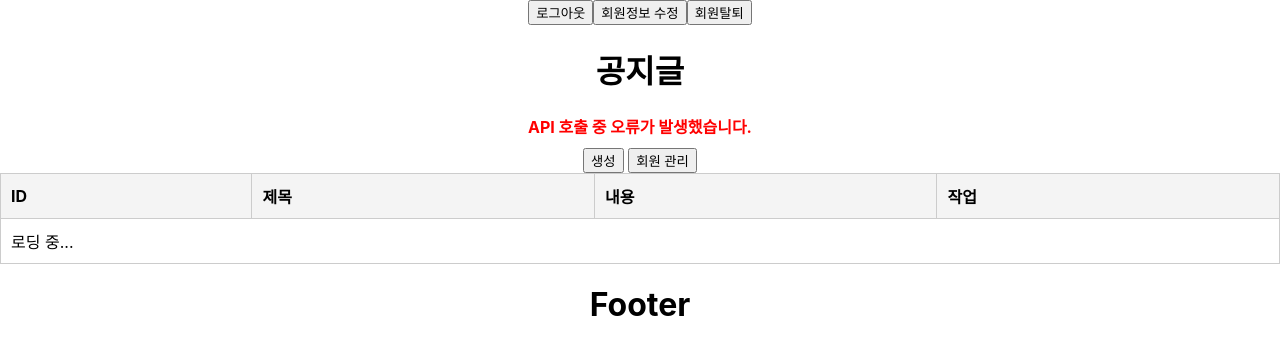
Repository: gimm5550/frontend2
Page: /community_detail
These files come from the project's save history. The page is drawn as it stood at one moment and after the next save; the edit follows.
The browser window is 1280 px wide. The pictures show the whole page.
The page's requests for data from a server got no answer. The project was rebuilt for these pictures with package versions that can differ from the ones it lists, and the page was loaded fresh each time. No one was signed in, and anything a server would have sent is missing. Also part of the build but not shown: src/url.js, src/components/common/KakaoLoginButton.js, src/components/FromServer.js, src/components/UserDetail.js, src/components/layout/LandingPageLayout.js, src/components/layout/UserDetailLayout.js, src/components/LoginForm.js, src/components/layout/LoginFormLayout.js and 12 more.

Above is the page before, as saved 2024-11-16 16:59:55.

After the next save:
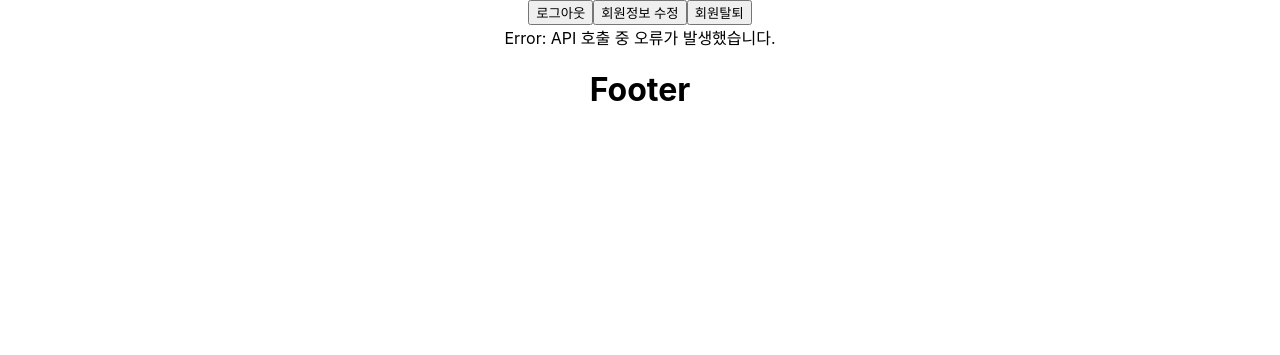
Saved 27 s later.
--- a/src/components/community_detail.js
+++ b/src/components/community_detail.js
@@ -9,100 +9,38 @@ export default function CommunityDetail() {
     const navigate = useNavigate(); // useNavigate 훅 사용
     const { id } = useParams(); // URL 파라미터에서 ID 가져오기
 
-    const show = () => {
-        console.log("show 실행됨");
-        api.detail_show(id)
+    const fetchDetails = () => {
+        api.detail_show(id) // 서버에서 해당 ID의 데이터 가져오기
             .then(response => {
-                console.log("전체 응답:", response.data); // 전체 응답 로그 출력
-
-                const communityData = response.data; // 문자열 리스트
-                console.log("communityData:", communityData); // 데이터 확인
-
-                // JSON 문자열을 객체로 변환
-                try {
-                    const parsedData = JSON.parse(communityData);
-                    setDetails(parsedData); // 변환된 데이터를 상태에 저장
-                } catch (error) {
-                    console.error("JSON 파싱 오류:", error);
-                    setError("데이터 형식이 잘못되었습니다."); // 오류 메시지 설정
-                }
+                const { data } = response.data; // 서버에서 반환된 데이터
+                setDetails(data);
             })
             .catch(err => {
-                console.error("API 호출 중 오류 발생:", JSON.stringify(err));
+                console.error("API 호출 중 오류 발생:", err);
                 setError("API 호출 중 오류가 발생했습니다."); // 오류 메시지 설정
             });
     };
 
-    const handleDelete = (detail_id) => {
-        if (window.confirm("정말로 삭제하시겠습니까?")) {
-            console.log("커뮤id:", id);
-            console.log("공지글id:", detail_id);
-            api.detail_delete(id, detail_id) // 삭제 API 호출. 앞의 id는 커뮤id,
-                .then(response => {
-                    console.log("삭제 응답:", response.data);
-                    // 삭제 후 커뮤니티 목록을 다시 가져옵니다.
-                    show();
-                })
-                .catch(err => {
-                    console.error("삭제 중 오류 발생:", JSON.stringify(err));
-                    setError("삭제 중 오류가 발생했습니다."); // 오류 메시지 설정
-                });
-        }
-    };
+    useEffect(() => {
+        fetchDetails(); // 컴포넌트가 마운트될 때 데이터 가져오기
+    }, [id]);
 
-    const handleViewDetail = (communityId) => {
-        navigate(`/CommunityView/${id}/${communityId}`); // 상세 페이지로 이동
-    };
+    if (error) {
+        return <div>Error: {error}</div>;
+    }
 
-    const handleAdminClick = () => {
-        navigate(`/AdminClient/${id}`); // 회원 관리 페이지로 이동
-    };
-
-    useEffect(() => {
-        show(); // 컴포넌트가 마운트될 때 커뮤니티 목록을 가져옵니다.
-    }, []);
+    if (!details) {
+        return <div>Loading...</div>;
+    }
 
     return (
         <div>
-            <h1>공지글</h1>
-            {error && <p className="error-message">{error}</p>} {/* 오류 메시지 표시 */}
-            <button onClick={() => navigate(`/new_community/${id}`)}>생성</button> {/* 생성 버튼 추가 */}
-            <button onClick={handleAdminClick}>회원 관리</button> {/* 회원 관리 버튼 추가 */}
-            <table>
-                <thead>
-                    <tr>
-                        <th>ID</th>
-                        <th>제목</th>
-                        <th>내용</th>
-                        <th>작업</th> {/* 작업 열 추가 */}
-                    </tr>
-                </thead>
-                <tbody>
-                    {details ? ( // details가 null이 아닌 경우
-                        details.length > 0 ? (
-                            details.map(community => (
-                                <tr key={community.id}>
-                                    <td>{community.id}</td>
-                                    <td>{community.title}</td>
-                                    <td>{community.content}</td>
-                                    <td>
-                                        <button onClick={() => handleViewDetail(community.id)}>상세</button> {/* 상세 버튼 추가 */}
-                                        <button onClick={() => handleDelete(community.id)}>삭제</button> {/* 삭제 버튼 추가 */}
-                                    </td>
-                                </tr>
-                            ))
-                        ) : (
-                            <tr>
-                                <td colSpan="4">데이터가 없습니다.</td> {/* 데이터가 없을 때 메시지 표시 */}
-                            </tr>
-                        )
-                    ) : (
-                        <tr>
-                            <td colSpan="4">로딩 중...</td> {/* 데이터 로딩 중 메시지 표시 */}
-                        </tr>
-                    )}
-                </tbody>
-            </table>
+            <h1>커뮤니티 상세 페이지</h1>
+            <p><strong>ID:</strong> {details.id}</p>
+            <p><strong>제목:</strong> {details.title}</p>
+            <p><strong>내용:</strong> {details.description}</p>
+            <p><strong>작성일:</strong> {new Date(details.createdDate).toLocaleString()}</p>
+            <button onClick={() => navigate('/')}>목록으로 돌아가기</button>
         </div>
     );
 }
